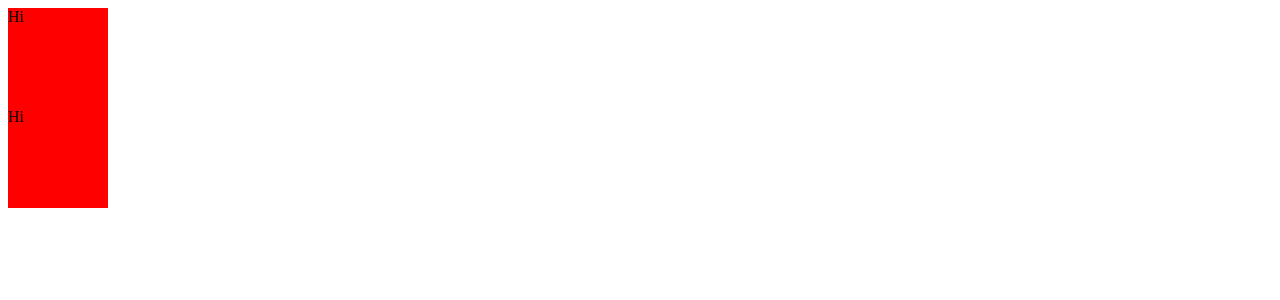
Repository: csabbah/ts-react-custom-select
Page: /
These files come from the project's save history. The page is drawn as it stood at one moment and after the next save; the edit follows.
The browser window is 1280 px wide. The pictures show the whole page.
The project was rebuilt for these pictures with package versions that can differ from the ones it lists, and the page was loaded fresh each time. Also part of the build but not shown: vite.config.ts.

Above is the page before, as saved 2022-12-24 11:42:41.

After the next save:
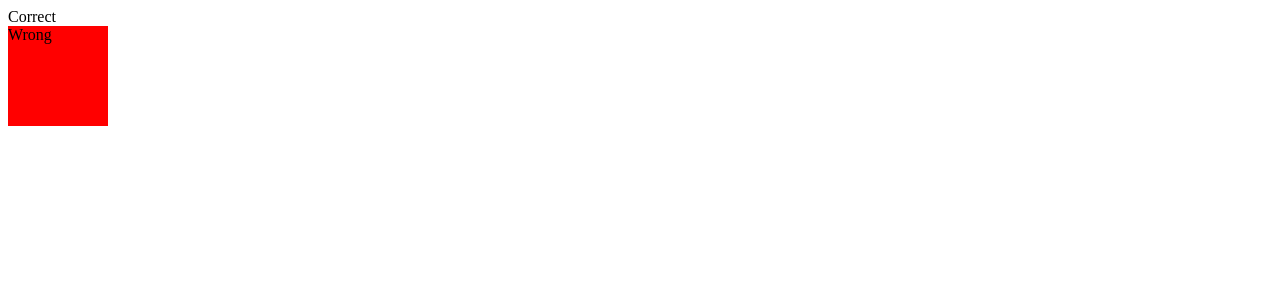
Saved 8 s later.
--- a/src/Select.tsx
+++ b/src/Select.tsx
@@ -14,9 +14,8 @@ type SelectProps = {
 export function Select({ value, onChange, options }: SelectProps) {
   return (
     <>
-      <div className={styles.container}>Hi</div>
-
-      <div className={styles.container}>Hi</div>
+      <div>Correct</div>
+      <div className={styles.container}>Wrong</div>
     </>
   );
 }
